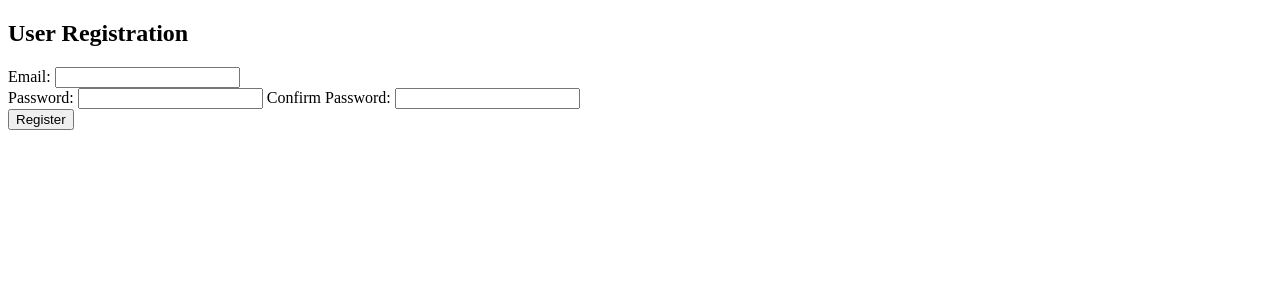
Repository: Srmaraghu/Advanced-Java
Page: Form Handling/src/main/webapp/q1.html
The author's editor kept a copy of each file at every save. The page is drawn from the files as they stood at one save, then again after the next save.
The browser window is 1280 px wide. The pictures show the whole page.

Above is the page before, as saved 2025-01-26 02:04:49.

After the next save:
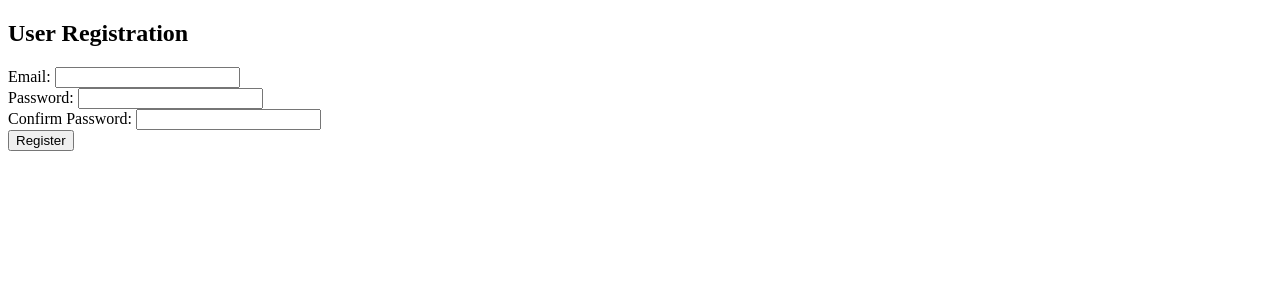
Saved 14 s later.
--- a/Form Handling/src/main/webapp/q1.html
+++ b/Form Handling/src/main/webapp/q1.html
@@ -12,7 +12,7 @@
     <input type="email" name="email" required><br>
 
     Password:
-    <input type="password" name="password" required>
+    <input type="password" name="password" required> <br>
 
     Confirm Password:
     <input type="password" name="confirmPassword" required><br>
